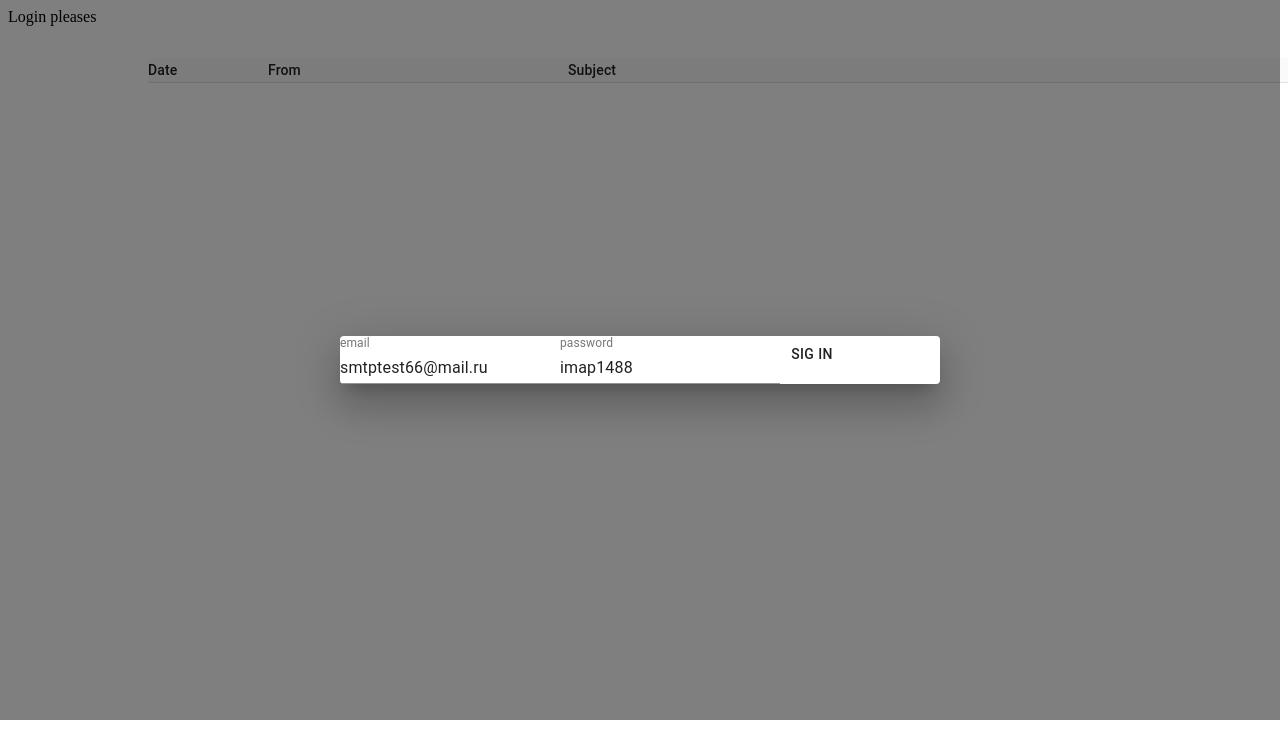
Repository: atakhanovrodion/mailclient
Page: / (app in client/)
These files come from the project's save history. The page is drawn as it stood at one moment and after the next save; the edit follows.
The browser window is 1280 px wide. The page is 1288 px wide, so the pictures cover 1288 px, including what lies to the right of the window. The pictures show the whole page.
The project was rebuilt for these pictures with package versions that can differ from the ones it lists, and the page was loaded fresh each time. Also part of the build but not shown: client/webpack.config.js.

Above is the page before, as saved 2021-03-09 17:39:15.

After the next save:
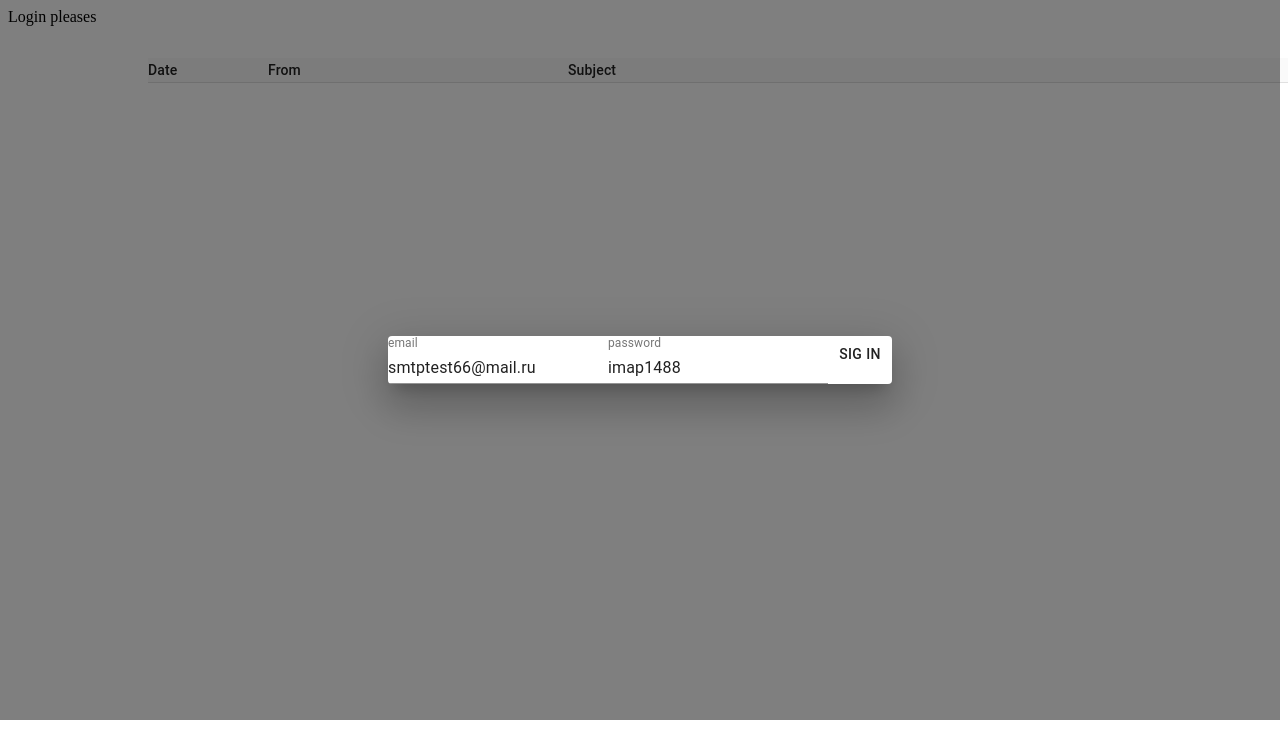
Saved 2 min 14 s later.
--- a/client/src/components/Login.tsx
+++ b/client/src/components/Login.tsx
@@ -1,5 +1,5 @@
 import React from "react";
-
+import { withStyles } from "@material-ui/styles";
 import Dialog from "@material-ui/core/Dialog";
 import TextField from "@material-ui/core/TextField";
 import Button from "@material-ui/core/Button";
@@ -21,31 +21,28 @@ const styles = {
 
 const Login: React.FC<Props> = ({ onSubmit, onChange, isOpen, user, pass }) => {
   return (
-    <div>
-      <Dialog
-        open={!isOpen}
-        disableBackdropClick={true}
-        disableEscapeKeyDown={true}
-        fullWidth={true}
-      >
-        <form>
-          <TextField
-            id="loginEmail"
-            onChange={onChange}
-            label="email"
-            value={user}
-          />
-          <TextField
-            id="loginPassword"
-            onChange={onChange}
-            label="password"
-            value={pass}
-          />
-          <Button onClick={onSubmit}>Sig in</Button>
-        </form>
-      </Dialog>
-    </div>
+    <Dialog
+      open={!isOpen}
+      disableBackdropClick={true}
+      disableEscapeKeyDown={true}
+    >
+      <form>
+        <TextField
+          id="loginEmail"
+          onChange={onChange}
+          label="email"
+          value={user}
+        />
+        <TextField
+          id="loginPassword"
+          onChange={onChange}
+          label="password"
+          value={pass}
+        />
+        <Button onClick={onSubmit}>Sig in</Button>
+      </form>
+    </Dialog>
   );
 };
 
-export default Login;
+export default withStyles(styles)(Login);
